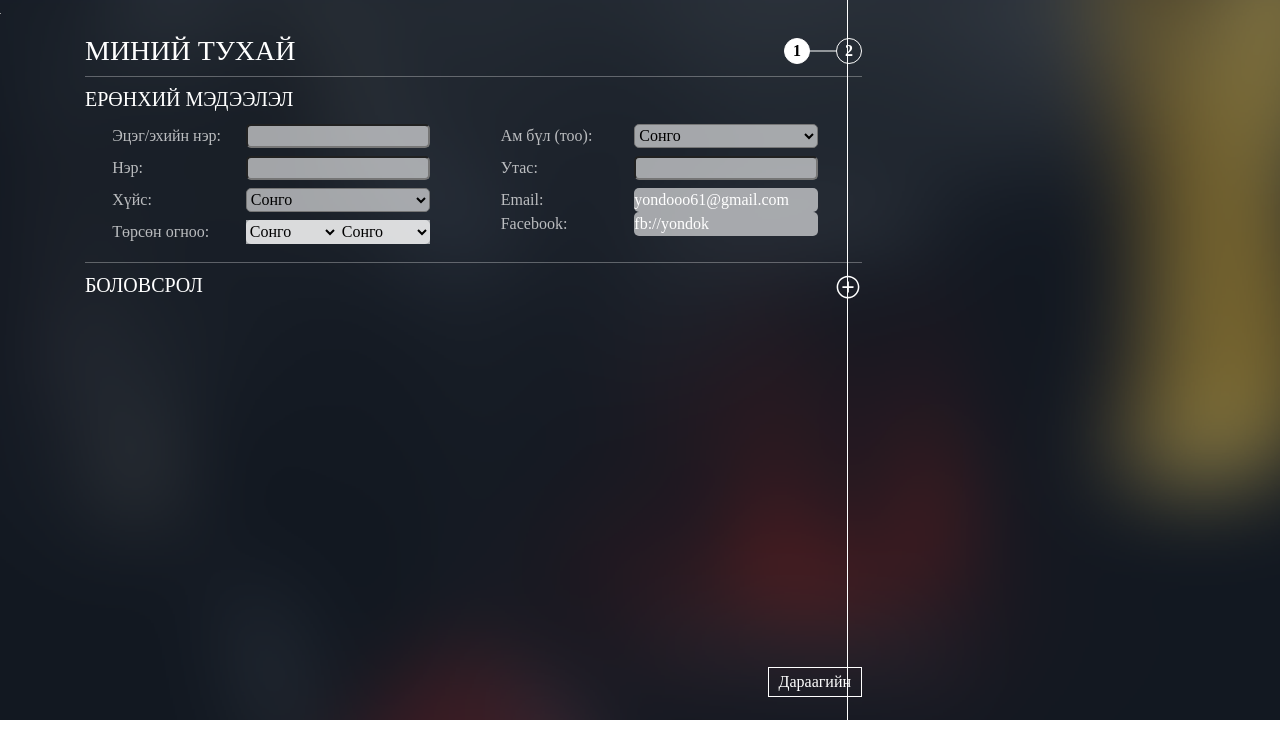
Repository: Yondo202/svProject
Page: /
The author's editor kept a copy of each file at every save. The page is drawn from the files as they stood at one save, then again after the next save.
The browser window is 1280 px wide. The pictures show the whole page.
The project was rebuilt for these pictures with package versions that can differ from the ones it lists, and the page was loaded fresh each time. The framework's server and built-in components were replaced by stand-ins that run in the browser. Also part of the build but not shown: next.config.js, style/style.scss.

Above is the page before, as saved 2020-11-20 02:09:37.

### pages/_app.js
import React from "react";
import App from "next/app";
import '../style/style.scss'
import { AnimatePresence } from "framer-motion";
import { MenuProvider } from "@/miscs/ContextMenuProvider";
import { ThemeProvider } from "styled-components";
import * as theme from "@/miscs/theme";
import checkLanguage from "@/components/miscs/checkLanguage";

const base = "http://localhost:1337";

class MyApp extends App {
    state = {
        menu: [],
        completelyLoaded: false,
    };
    // async componentDidMount() {
    //     let res = await checkLanguage(queryString, null);
    //     this.setState({ completelyLoaded: true, menu: res.data.menu.Main});
    // }

    render() {
        const { Component, pageProps, router } = this.props;

        return (
            <ThemeProvider theme={theme}>
                <MenuProvider value={this.state}>
                    <AnimatePresence exitBeforeEnter>
                        <Component {...pageProps} key={router.route} />
                    </AnimatePresence>
                </MenuProvider>
            </ThemeProvider>
        );
    }
}

export default MyApp;

const queryString = ``

// const queryString = `
// {
// menu {
//     Main {
//     Title Slug Page {
//         Slug
//         }
//         }
//     }
// }`;

### pages/_document.js
import css from '../style/style.scss'
import Document, { Html, Head, Main, NextScript } from 'next/document'
import Pixel from "@/components/miscs/Pixel";

class MyDocument extends Document {
    render(){
        return(
            <Html lang="mn">
                <Head>
                    <link rel="stylesheet" href="https://stackpath.bootstrapcdn.com/bootstrap/4.3.1/css/bootstrap.min.css" integrity="sha384-ggOyR0iXCbMQv3Xipma34MD+dH/1fQ784/j6cY/iJTQUOhcWr7x9JvoRxT2MZw1T" crossOrigin="anonymous"/>
                    <link rel="shortcut icon" href="/img/ico.png" />
                    <link href="https://fonts.googleapis.com/css2?family=Roboto:wght@300;400;700&display=swap" rel="stylesheet"/>
                    <link href="https://fonts.googleapis.com/css2?family=Poppins:wght@300;400;500&display=swap" rel="stylesheet"></link>
                    <Pixel/>
                </Head>
                <body>
                    <Main/>
                    <NextScript/>
                </body>
            </Html>
        )
    }
}

export default MyDocument

### pages/index.js
import React from "react";
import { motion } from "framer-motion";
import Background from '../components/Top'
import Forms from '../components/mainForm'

function index() {
    return (
        <div>
            <Background />
            <Forms />
        </div>
    )
}

export default index




























// import Root from "@/core/Root";
// import ResolveComponent from "@/components/dynamic/ResolveComponent"
// import checkLanguage from "@/components/miscs/checkLanguage";
// import { MenuContext } from '@/miscs/ContextMenuProvider'
// import { useContext } from "react";

// const Index = ({ data }) => {

//     let { Layout } = data
//     const { completelyLoaded } = useContext(MenuContext);

//     return (
//         <motion.div exit={{ opacity: 0 }} initial={{ opacity: 0 }} animate={{ opacity: 1 }} >
//             <Root noFooter>
//                 {completelyLoaded &&
//                     <ResolveComponent data={Layout} />
//                 }
//             </Root>
//         </motion.div>
//     );

// };
// export default Index;

// export async function getServerSideProps({ params, req }) {
//     let res = await checkLanguage('/home', req, true);
//     return { props: { data: res.data } }
// }

### components/miscs/ContextMenuProvider.js
import React from 'react';

const MenuContext = React.createContext();

const MenuProvider = MenuContext.Provider
const MenuConsumer = MenuContext.Consumer

export {MenuProvider, MenuConsumer, MenuContext}

### components/miscs/theme.js
export const colorOne = "#532532";
export const colorTwo = "#123123";
export const fontSize = "16px";
export const fontFamily1 = "Poppins', sans-serif"

### components/miscs/checkLanguage.js
import fetch from "node-fetch";
import parseCookies from '@/miscs/parseCookies';

const checkLanguage = async (queryString, req, normal) =>{

    const cookies = parseCookies(req);
    const httpObject = { method: 'post', headers: { 'Content-Type': 'application/json'}, body: JSON.stringify({ query: `query ${queryString}`})}

    if(normal){
        return new Promise(async(resolve, reject) => {
            if(cookies['tb-lang'] === "en"){
                const res = await fetch(`http://localhost:1337${queryString}`);
                const pageData = await res.json();
                return resolve({data: pageData});
            }
            else{
                const res = await fetch(`http://localhost:1337${queryString}`);
                const pageData = await res.json();
                return resolve({data: pageData});
            }
        })
    }

    return new Promise(async(resolve, reject)=>{
      if(cookies['tb-lang'] === "en"){
          const res = await fetch('http://localhost:1337/graphql', httpObject)
          const pageData = await res.json()
          return resolve({data: pageData.data});
      }
      else{
          const res = await fetch('http://localhost:1337/graphql', httpObject)
          const pageData = await res.json()
          return resolve({data: pageData.data});
      }
    })

}

export default checkLanguage

### components/miscs/Pixel.js
import React from "react";

export default () => (
    <React.Fragment>
        <script
            dangerouslySetInnerHTML={{
                __html: `!function(f,b,e,v,n,t,s){if(f.fbq)return;n=f.fbq=function(){n.callMethod?n.callMethod.apply(n,arguments):n.queue.push(arguments)};if(!f._fbq)f._fbq=n;n.push=n;n.loaded=!0;n.version='2.0';n.queue=[];t=b.createElement(e);t.async=!0;t.src=v;s=b.getElementsByTagName(e)[0];s.parentNode.insertBefore(t,s)}(window,document,'script','https://connect.facebook.net/en_US/fbevents.js');fbq('init', '626874991348714'); fbq('track', 'PageView');`,
            }}
        />
        <noscript
            dangerouslySetInnerHTML={{
                __html: `<img height="1" width="1" src="https://www.facebook.com/tr?id=626874991348714&ev=PageView&noscript=1"/>`,
            }}
        />
    </React.Fragment>
);

### components/Top.js
// import React from 'react';

// const Test = ({data}) => {
//     return (
//         <div>
//             {data.Title && <h1>{data.Title}hahhaha</h1>}
//         </div>
//     );
// };

// export default Test;

import React from 'react'
import styled from 'styled-components'
function top({data}) {
    return (
        <Conainer style={{backgroundImage:"url('/img/Blur.png')"}}>
        </Conainer>
    )
}

export default top


const Conainer = styled.div`
    color:white;
    background-size: cover;
    background-position:center center;
    min-height: 80vh;
    max-height: 100vh;
    height: 100vh;
    width: 100%;
    position: fixed;
    top:0;
    z-index: -2;
`

### components/miscs/parseCookies.js
import cookie from 'cookie'

export default function parseCookies(req) {
    return cookie.parse(req ? req.headers.cookie || "" : document.cookie);
}

### components/form1.js
import React,{useState} from 'react'
import styled from 'styled-components'
import Modal from 'react-modal';
import {IoIosAddCircleOutline} from 'react-icons/io'
import {RiAddLine} from 'react-icons/ri'
import Education from '../components/education'
import Axios from 'axios';


const customStyles = {
    content : {
      top                   : '50%',
      left                  : '50%',
      right                 : 'auto',
      bottom                : 'auto',
      marginRight           : '-50%',
      transform             : 'translate(-50%, -50%)'
    }
  };

function form1() {
    var subtitle;
    const [modalIsOpen,setIsOpen] = React.useState(false);
    function openModal() {
      setIsOpen(true);
    }
    function closeModal(){
    setIsOpen(false);
    }
    const [Value,setValue] = useState('хоосон');


    const handleClick = async (e) =>{
        e.preventDefault();
        let rs = document.querySelectorAll('.getinput');
        let arr = Array.from(rs);
        let final = {};
        arr.map(element=>{
            let field = element.name;
            let value = element.value;
            final[field] = value
        });
        console.log(final, "kekeke")
        await Axios.post('http://localhost:1337/forms', final);
    }
    // const capitalize = (s) => {
    //     if (typeof s !== 'string') return ''
    //     return s.charAt(0).toUpperCase() + s.slice(1)
    //   }

    return (
        <Conainer>
            <div className="headerPAr">
                <h5 className="title">ЕРӨНХИЙ МЭДЭЭЛЭЛ</h5>
            </div>
            <div className="ParentInfo">
                <div className="colOne">
                    <div className="main-info">
                        <label className="B">Эцэг/эхийн нэр:</label>
                        <input className="getinput val" type="text" name="parent" />
                    </div>
                    <div className="main-info">
                        <label className="B">Нэр:</label>
                        <input className="getinput val" type="text" name="name" />
                    </div>
                    <div className="main-info">
                        <label className="B">Хүйс:</label>
                        <select className="getinput val" name="sex" placeholder="сүно">
                            <option value="" >Сонго</option>
                            <option value="man">Эрэгтэй</option>
                            <option value="women">Эмэгтэй</option>
                        </select>
                    </div>
                    <div className="main-info">
                        <label className="B">Төрсөн огноо:</label>
                        <div className="val">
                            <select className="getinput childs" name="year" placeholder="сүно">
                                <option value="" >Сонго</option>
                                <option value="man">2000</option>
                                <option value="1999">1999</option>
                                <option value="1998">1998</option>
                                <option value="1997">1997</option>
                                <option value="1996">1996</option>
                                <option value="1995">1995</option>
                                <option value="1994">1994</option>
                                <option value="1993">1993</option>
                                <option value="1992">1992</option>
                                <option value="1991">1991</option>
                                <option value="1990">1990</option>
                            </select>
                            <select className="getinput childs" name="month" placeholder="сүно">
                                <option value="" >Сонго</option>
                                <option value="1">1</option>
                                <option value="2">2</option>
                                <option value="3">3</option>
                                <option value="4">4</option>
                                <option value="5">5</option>
                                <option value="6">6</option>
                                <option value="7">7</option>
                                <option value="8">8</option>
                            </select>
                        </div>

                    </div>
                </div>

                <div className="colOne">
                    <div className="main-info">
                    <label className="B">Ам бүл (тоо):</label>
                        <select className="getinput val" name="family" placeholder="сүно">
                            <option value="" >Сонго</option>
                            <option value="1">1</option>
                            <option value="2">2</option>
                            <option value="3">3</option>
                            <option value="4">4</option>
                            <option value="5">5</option>
                            <option value="6">6</option>
                            <option value="7">7</option>
                    </select>

                    </div>
                    <div className="main-info">
                        <label className="B">Утас:</label>
                        <input className="getinput val" type="text" name="phone" />
                    </div>
                    <div className="main-info">
                        <span className="B">Email:</span>
                        <span className="val">yondooo61@gmail.com</span>
                    </div>
                    <div className="main-info">
                        <span className="B">Facebook:</span>
                        <span className="val">fb://yondok</span>
                    </div>
                </div>
            </div>

            <Education />
        </Conainer>
    )
}

export default form1

const Conainer = styled.div`
    padding-top:10px;
    .headerPAr{
        width:70%;
        display:flex;
        flex-direction:row;
        justify-content:space-between;
        margin-bottom:5px;
        .svgBtn{
            cursor:pointer;
            font-size:28px;
            border-radius:50%;
            transition:all 0.3s ease;
            &:hover{
                color:black;
                background:white;
            }
        }
    }
    .ParentInfo{
         display:flex;
         flex-direction: row;
         justify-content:space-around;
         width:70%;
         font-size:16px;
         border-bottom: solid 0.5px rgba(255,255,255, 0.3);
         padding-bottom:10px;
         .colOne{
             width:43%;
             .main-info{
                display:flex;
                flex-direction:row;
                justify-content:start;

                 .B{
                     color:rgba(255,255,255, 0.7);
                     width:40%;
                 }
                 .val{
                    border-radius:5px;
                    width:55%;
                    background:rgba(255,255,255, 0.6);
                    height:24px;
                    .childs{
                        background:rgba(255,255,255, 0.6);
                        height:24px;
                        width:50%;
                        border:none;
                    }
                 }
             }
         }
    }
    @media only screen and (max-width:786px){
        .headerPAr{
            width:100%;
        }
        .ParentInfo{
            flex-direction: column;
            width:100%;
            .colOne{
                width:100%;
            }
        }
    }
`

### components/form2.js
import React from 'react'
import styled from 'styled-components'
import Modal from 'react-modal';
import {IoIosAddCircleOutline} from 'react-icons/io'
import {RiAddLine} from 'react-icons/ri'
import Education from '../components/education'


const customStyles = {
    content : {
      top                   : '50%',
      left                  : '50%',
      right                 : 'auto',
      bottom                : 'auto',
      marginRight           : '-50%',
      transform             : 'translate(-50%, -50%)'
    }
  };

function form2() {
    var subtitle;
    const [modalIsOpen,setIsOpen] = React.useState(false);
    function openModal() {
      setIsOpen(true);
    }
    function afterOpenModal() {
        // references are now sync'd and can be accessed.
        subtitle.style.color = '#0E3232';
      }
    function closeModal(){
    setIsOpen(false);
    }
    return (
        <Conainer>
            <div className="headerPAr">
                <h5 className="title">ЕРӨНХИЙ МЭДЭЭЛЭЛ</h5>
                <div>
                <IoIosAddCircleOutline  className="svgBtn" onClick={openModal} />
                {/* <span  className="svgBtn" onClick={openModal}>+</span> */}
                    <Modal
                        isOpen={modalIsOpen}
                        onAfterOpen={afterOpenModal}
                        onRequestClose={closeModal}
                        style={customStyles}
                        contentLabel="Example Modal"
                    >
                        {/* <h2 ref={_subtitle => (subtitle = _subtitle)}>Hello</h2> */}
                        <button onClick={closeModal}>close</button>
                        <form>
                            {/* <input />
                            <button>tab navigation</button>
                            <button>stays</button>
                            <button>inside</button>
                            <button>the modal</button> */}
                        </form>
                    </Modal>
                    </div>
                </div>
            <div className="ParentInfo">
                <div className="colOne">
                    <div className="main-info">
                        <span className="B">Эцэг/эхийн нэр:</span>
                        <span className="val">Гантулга</span>
                    </div>
                    <div className="main-info">
                        <span className="B">Нэр:</span>
                        <span className="val">Ёндонжамц</span>
                    </div>
                    <div className="main-info">
                        <span className="B">Хүйс:</span>
                        <span className="val">Эр</span>
                    </div>
                    <div className="main-info">
                        <span className="B">Төрсөн огноо:</span>
                        <span className="val">1996-05-10</span>
                    </div>
                </div>

                <div className="colOne">
                    <div className="main-info">
                        <span className="B">Ам бүл:</span>
                        <span className="val">3 (Ээж, Эмэгтэй дүү)</span>
                    </div>
                    <div className="main-info">
                        <span className="B">Утас:</span>
                        <span className="val">99801406</span>
                    </div>
                    <div className="main-info">
                        <span className="B">Email:</span>
                        <span className="val">yondooo61@gmail.com</span>
                    </div>
                    <div className="main-info">
                        <span className="B">Facebook:</span>
                        <span className="val">fb://yondok</span>
                    </div>
                </div>
            </div>

            <Education />
        </Conainer>
    )
}

export default form2

const Conainer = styled.div`
    padding-top:10px;
    .headerPAr{
        width:70%;
        display:flex;
        flex-direction:row;
        justify-content:space-between;
        margin-bottom:5px;
        .svgBtn{
            cursor:pointer;
            font-size:28px;
            border-radius:50%;
            transition:all 0.3s ease;
            &:hover{
                color:black;
                background:white;
            }
        }
    }
    .ParentInfo{
         display:flex;
         flex-direction: row;
         justify-content:space-around;
         width:70%;
         font-size:16px;
         border-bottom: solid 0.5px rgba(255,255,255, 0.3);
         padding-bottom:10px;
         .colOne{
             width:43%;
             .main-info{
                display:flex;
                flex-direction:row;
                justify-content:space-between;

                 .B{
                     color:rgba(255,255,255, 0.7);
                     width:40%;
                 }
                 .val{
                    // margin-left:15px;
                    width:55%;
                 }
             }
         }
    }
`

### components/education.js
import React from 'react'
import styled from 'styled-components'
import {IoIosAddCircleOutline} from 'react-icons/io'
import Modal from 'react-modal';

const customStyles = {
    content : {
      top                   : '50%',
      left                  : '50%',
      right                 : 'auto',
      bottom                : 'auto',
      marginRight           : '-50%',
      transform             : 'translate(-50%, -50%)'
    }
  };
function education() {
    var subtitle;
    const [modalIsOpen,setIsOpen] = React.useState(false);
    function openModal() {
      setIsOpen(true);
    }
    function afterOpenModal() {
        // references are now sync'd and can be accessed.
        subtitle.style.color = '#0E3232';
      }
    function closeModal(){
    setIsOpen(false);
    }


    return (
        <Container>
            <div className="headerPAr">
                <h5 className="title">БОЛОВСРОЛ</h5>
                <div>
                <IoIosAddCircleOutline className="svgBtn" onClick={openModal} />
                    <Modal
                        isOpen={modalIsOpen}
                        onAfterOpen={afterOpenModal}
                        onRequestClose={closeModal}
                        style={customStyles}
                        contentLabel="Example Modal"
                    >
                        <h2 ref={_subtitle => (subtitle = _subtitle)}>Hello</h2>
                        <button onClick={closeModal}>close</button>
                        <form>
                            <input />
                            <button>tab navigation</button>
                            <button>stays</button>
                            <button>inside</button>
                            <button>the modal</button>
                        </form>
                    </Modal>
                    </div>
                </div>
        </Container>
    )
}

export default education


const Container = styled.div`
    padding-top:10px;

`

Loaded but not shown: components/mainForm.js (180 lines, source omitted)

After the next save:
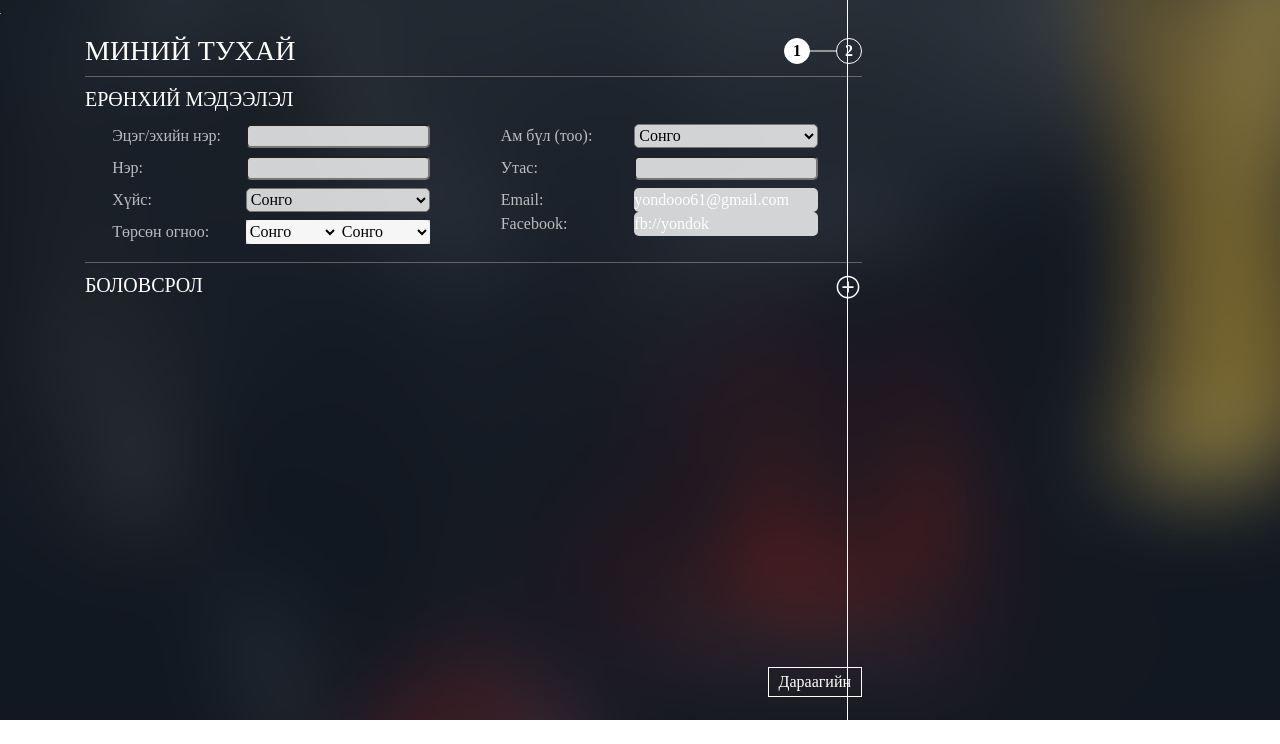
Saved 9 s later.
--- a/components/form1.js
+++ b/components/form1.js
@@ -182,10 +182,10 @@ const Conainer = styled.div`
                  .val{
                     border-radius:5px;
                     width:55%;
-                    background:rgba(255,255,255, 0.6);
+                    background:rgba(255,255,255, 0.8);
                     height:24px;
                     .childs{
-                        background:rgba(255,255,255, 0.6);
+                        background:rgba(255,255,255, 0.8);
                         height:24px;
                         width:50%;
                         border:none;
